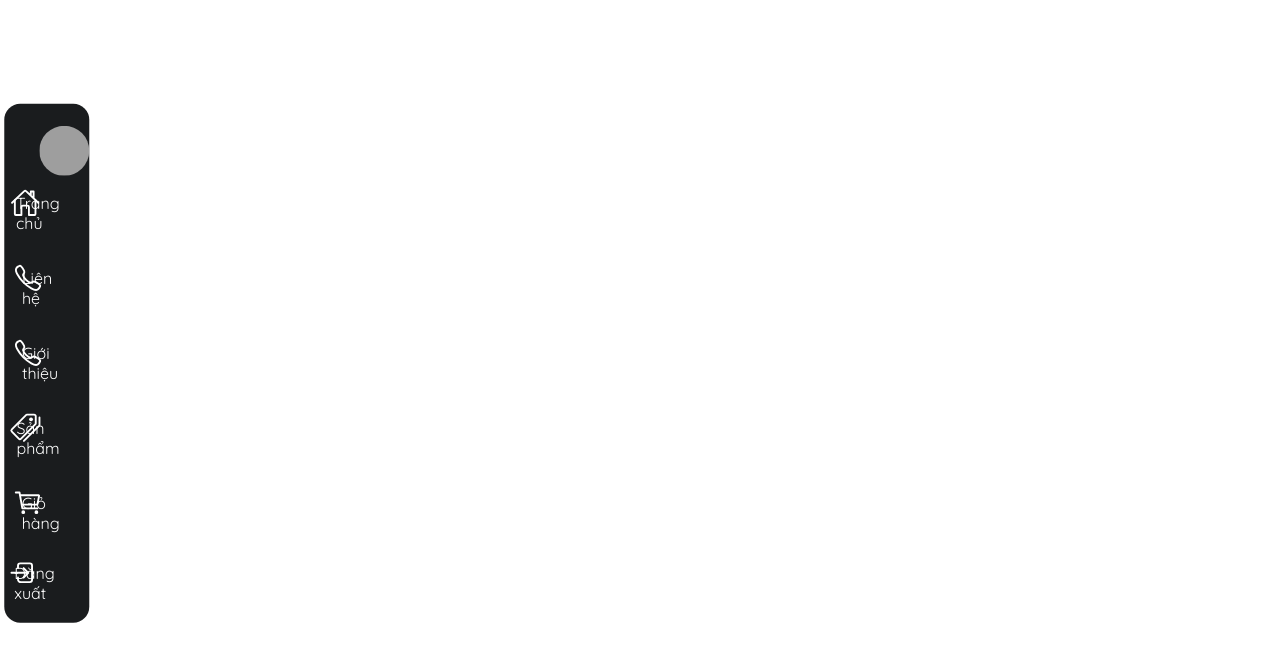
Repository: Fuocmanh/demo
Page: site/nav.html
These files come from the project's save history. The page is drawn as it stood at one moment and after the next save; the edit follows.
The browser window is 1280 px wide. The pictures show the whole page.
The pointer rests on the first visible `.sidebar`.
Pictures or frames that could not be fetched are drawn as grey boxes.

Above is the page before, as saved 2022-12-30 12:38:50.

### site/nav.html
<!DOCTYPE html>
<html lang="en">

<head>
    <meta charset="UTF-8">
    <meta name="viewport" content="width=device-width, initial-scale=1" />
    <link rel="stylesheet" href="../css/style.css">
    <script type="module" src="https://unpkg.com/ionicons@5.5.2/dist/ionicons/ionicons.esm.js"></script>
    <script nomodule src="https://unpkg.com/ionicons@5.5.2/dist/ionicons/ionicons.js"></script>
</head>

<body class="box">
    <div class="sidebar">
        <a href="#" class="logo">
            <img src="https://i.pinimg.com/550x/dd/6d/22/dd6d2277032c5f365dd3149d45b3a820.jpg" alt="" class="logo-image" />
        </a>
        <nav>
            <ul class="menu">
                <li class="menu-item">
                    <a href="#" class="menu-link">
                        <ion-icon name="home-outline"></ion-icon>
                        <span>Trang chủ</span>
                    </a>
                </li>
                <li class="menu-item">
                    <a href="#" class="menu-link">
                        <ion-icon name="call-outline"></ion-icon>
                        <span>Liên hệ</span>
                    </a>
                </li>
                <li class="menu-item">
                    <a href="#" class="menu-link">
                        <ion-icon name="call-outline"></ion-icon>
                        <span>Giới thiệu</span>

                    </a>
                </li>
                <li class="menu-item">
                    <a href="#" class="menu-link">
                        <ion-icon name="pricetags-outline"></ion-icon>
                        <span>Sản phẩm</span>
                    </a>
                </li>
                <li class="menu-item">
                    <a href="#" class="menu-link">
                        <ion-icon name="cart-outline"></ion-icon>
                        <span>Giỏ hàng</span>
                    </a>
                </li>
                <li class="menu-item" style="margin: -5px;">
                    <a href="#" class="menu-link">
                        <ion-icon name="log-in-outline"></ion-icon>
                        <span>Đăng xuất</span>
                    </a>
                </li>
            </ul>
        </nav>

        <!-- <div class="">
            <a href="#!"><ion-icon name="log-in-outline"></ion-icon></a>
        </div> -->
    </div>
    <script src="../js/style.js"></script>
</body>

</html>

### css/style.css
@import url('https://fonts.googleapis.com/css2?family=Quicksand:wght@300;400;500;600;700&display=swap');

html {
    font-family: 'Quicksand', sans-serif;
}

* {
    /* font-size: 18px; */
    width: 100%;
    margin: 0px;
    padding: 0px;
    box-sizing: border-box;
}


.sidebar {
    background-color: #1A1C1E;
    width: 80px;

    height: 100%;
    padding: 30px 5px;
    border-radius: 16px;
    transform: translate(5%,20%);
}
.sidebar:hover{
    width: max-content;
}
.sidebar:not(:hover) .menu-link span{
    display: none;
}
ion-icon {
    font-size: 30px;
    color: #FFFFFF;
}

.logo{
    width: 100%;
    height: 50px;
}
.logo-image{
    transform: translateY(-8px);
    margin: 0 40%;
    width: 50px;
    height: 50px;
    border-radius: 50%;
}



li {
    width: 100%;
    display: flex;
    align-items: center;
    justify-content: center;
  margin-bottom: 35px;
}

.menu-link {
    display: flex;
    color: #FFFFFF;
    list-style: none;
    text-decoration: none;
}

.menu-link span {
    transform: translate(-25px, 5px);
}

### js/style.js
var nav = document.getElementById('nav');
function hideShowNav(){
    display=nav.style.display ;
    display=='none'?nav.style.display ='block':nav.style.display ='none';
    // nav.style.opacity='1';
}
// function onchane(){
//     let width = document.getElementsByClassName('.box').style.width='50%';
// console.log(width);
// }

After the next save:
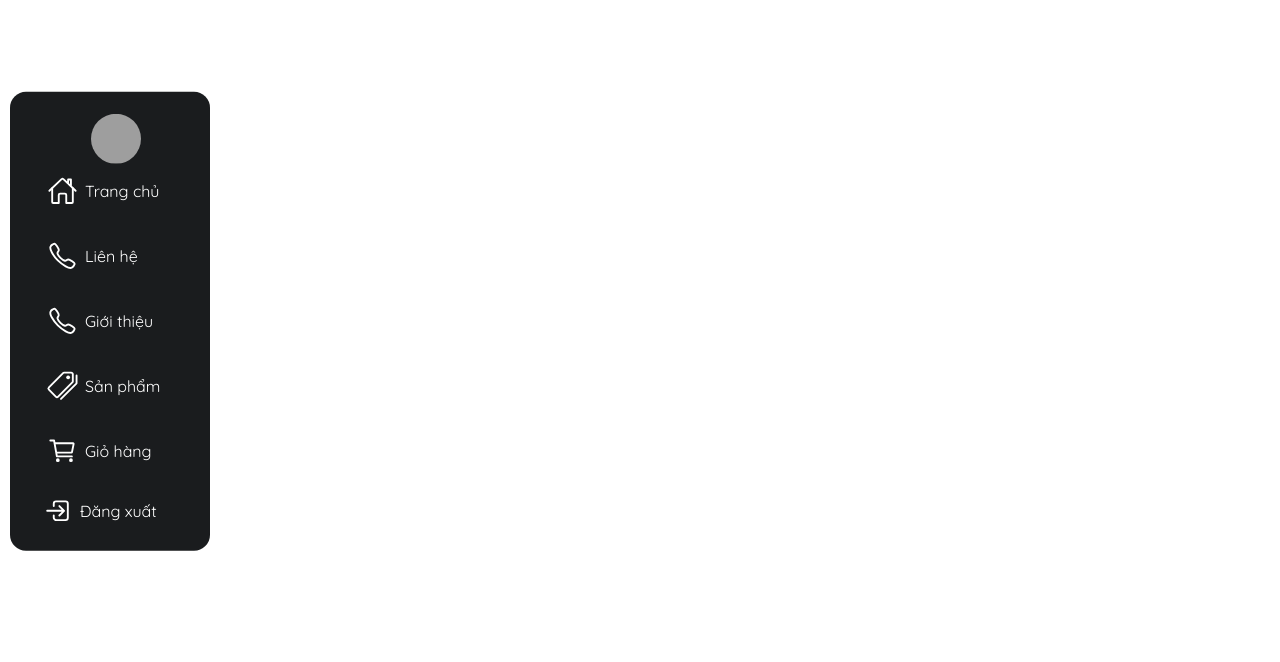
Saved 16 s later.
--- a/css/style.css
+++ b/css/style.css
@@ -23,7 +23,7 @@ html {
     transform: translate(5%,20%);
 }
 .sidebar:hover{
-    width: max-content;
+    width: 200px;
 }
 .sidebar:not(:hover) .menu-link span{
     display: none;
